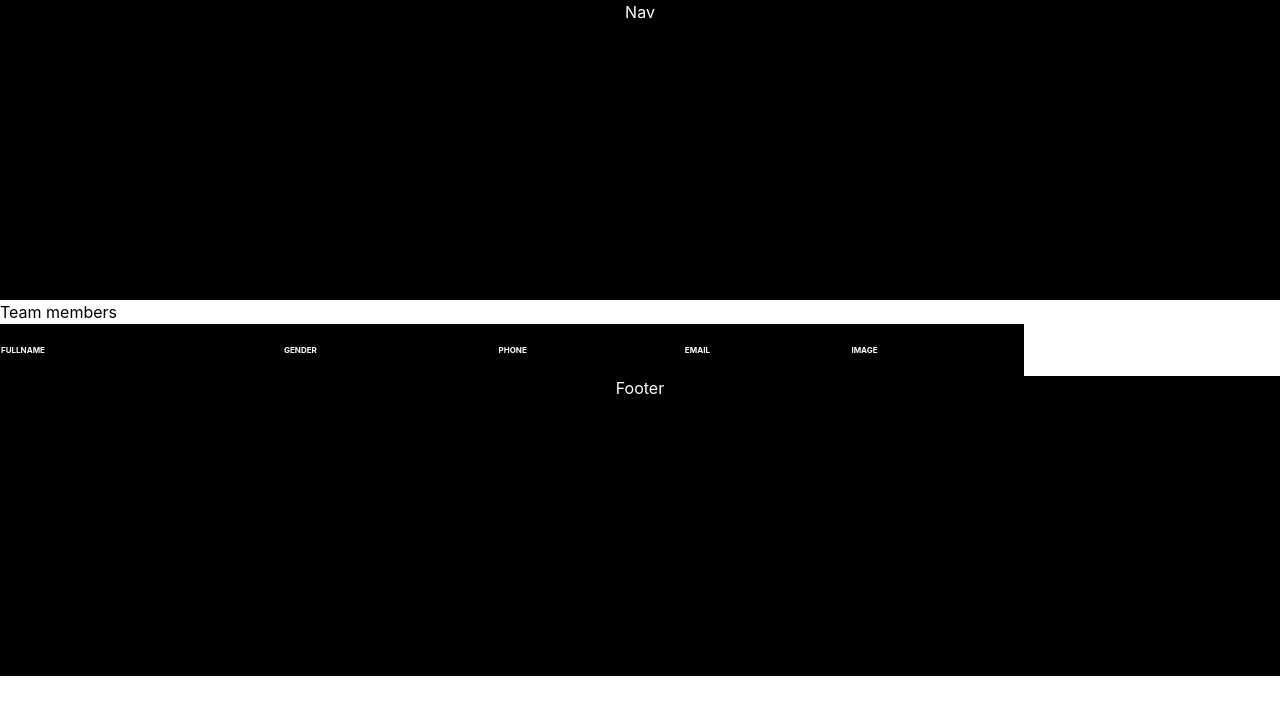
Repository: Eugene44-hub/SHRGroup46-capstone
Page: /members
An editor plug-in stored every save of this project. The page is shown before and after the next save, followed by the edit.
The browser window is 1280 px wide. The pictures show the whole page.
The page's requests for data from a server got no answer. The project was rebuilt for these pictures with package versions that can differ from the ones it lists, and the page was loaded fresh each time. No one was signed in, and anything a server would have sent is missing.

Above is the page before, as saved 2022-05-17 13:21:40.

### src/index.css
    @tailwind base;
    @tailwind components;
    @tailwind utilities;
    body {
        margin: 0;
        font-family: -apple-system, BlinkMacSystemFont, 'Segoe UI', 'Roboto', 'Oxygen', 'Ubuntu', 'Cantarell', 'Fira Sans', 'Droid Sans', 'Helvetica Neue', sans-serif;
        -webkit-font-smoothing: antialiased;
        -moz-osx-font-smoothing: grayscale;
    }

    code {
        font-family: source-code-pro, Menlo, Monaco, Consolas, 'Courier New', monospace;
    }

    .container {
        max-width: 1440px;
        margin: 0 auto;
    }

### src/App.js
import { lazy, Suspense, useEffect, useState } from "react";
import { Route, Routes,BrowserRouter as Router } from "react-router-dom";

//read through comments on each component and pages to understand properly

// only tailwind and css modules are used in this project, any additional libraries should be told to the lead before installation

//Note: you can use normal import statement on the pages. Lazy load is for only Routing pages

// API's too have been fetched in utility folder you can import and use with the syntax below

import { fetchAllData,fetchCompanyQuantity,fetchPersonQuantity,fetchProductQuantity } from "./utilities/apis";
// fetchAllData(input endpoint here to fetch all data).then(data =>console.log(data) )
// fetchPersonQuantity(input quantity here to fetch an amount of data).then(data =>console.log(data) )
// fetchProductQuantity(input quantity here to fetch an amount of data).then(data =>console.log(data) )
// fetchCompanyQuantity(input quantity here to fetch an amount of data).then(data =>console.log(data) )

// endpoints are as follows:
// https://fakerapi.it/api/v1/products?_quantity=1
// https://fakerapi.it/api/v1/companies?_quantity=1
// https://fakerapi.it/api/v1/persons?_quantity=10
// https://fakerapi.it/api/v1/products
// https://fakerapi.it/api/v1/companies
// https://fakerapi.it/api/v1/persons

// check utilities folder for more details on the api functions

// happy coding


const Nav=lazy(()=>import('./components/nav/Nav'));
const Home=lazy(()=>import('./pages/home/Home'));
const Dashboard=lazy(()=>import('./pages/dashboard/Dashboard'))
const Members=lazy(()=>import('./pages/members/Members'))
const Product=lazy(()=>import('./pages/product/Product'))
const Login=lazy(()=>import('./pages/login/Login'))
const Footer=lazy(()=>import('./components/footer/Footer'))



function App() {
  const [members,setMembers]=useState(null)

  useEffect(() => {
    fetchAllData("https://fakerapi.it/api/v1/persons").then(data =>setMembers(data))
  }, [])

  return (
    <div className="App">

<Suspense fallback={<h1>Loading...</h1>}>
  <Nav/>
  <Router>
<Routes>
<Route path="/" element={<Home/>} />
<Route path="/product" element={<Product/>} />
<Route path="/dashboard" element={<Dashboard/>} />
<Route path="/login" element={<Login/>} />
<Route path="/members" element={<Members members={members}/>} />
</Routes>
</Router>
<Footer/>
</Suspense>
    </div>
  );
}

export default App;

### src/utilities/apis.js
//this function takes in the url as an argument in string format

export const fetchAllData = async(url) => {
    const response = await fetch(url);
    const data = await response.json();
    return data;
}

//

// this part take in the quantity as an argument in integer format
export const fetchPersonQuantity = async(quantity) => {
    const response = await fetch(`https://fakerapi.it/api/v1/persons?_quantity=${quantity}`);
    const data = await response.json();
    return data;
}

export const fetchCompanyQuantity = async(quantity) => {

    const response = await fetch(`https://fakerapi.it/api/v1/companies?_quantity=${quantity}`);
    const data = await response.json();
    return data;
}

export const fetchProductQuantity = async(quantity) => {
    const response = await fetch(`https://fakerapi.it/api/v1/products?_quantity=${quantity}`);
    const data = await response.json();
    return data;
}



// https://fakerapi.it/api/v1/products?_quantity=1
// https://fakerapi.it/api/v1/companies?_quantity=1
// https://fakerapi.it/api/v1/persons?_quantity=10

### src/components/nav/Nav.jsx
import React from 'react'
import styles from './Nav.module.css'
const Nav = () => {
  return (
    <nav className={`${styles.nav}`}>
<div>Nav</div>
    </nav>
  )
}

export default Nav

### src/pages/members/Members.jsx
import React from 'react'
//components should be imported from here if needed
// make use of your normal import statement here to import components
// make use of the css module folder or tailwind or you can use inline styles
// check the sample on nav and footer for css modules


const Members = ({members}) => {

console.log(members);
  return (
    <section>
    <div className='container'>
    <header>
      Team members
    </header>
<table className='w-[80%] bg-black text-white'>

    <tr>
      <th className='text-left py-5 text-[.5rem] uppercase'>fullname</th>
      <th className='text-left py-5 text-[.5rem] uppercase'>gender</th>
      <th className='text-left py-5 text-[.5rem] uppercase'>phone</th>
      <th className='text-left py-5 text-[.5rem] uppercase'>email</th>
      <th className='text-left py-5 text-[.5rem] uppercase'>image</th>
    </tr>



  {members&&members.data.map((member,index) => (
      <tr>
      <td className='py-5 text-[.5rem]'>
      {member.firstname} {member.lastname}
      </td>
      <td className='py-5 text-[.5rem] capitalize'>
      {member.gender}
      </td>
      <td className='py-5 text-[.5rem]'>
      {member.phone}
      </td>
      <td className='py-5 text-[.5rem]'>
      {member.email}
      </td>
      <td className='py-5 text-[.5rem]'>
      <img src={member.image} className="w-[50px] h-[50px] rounded-full" alt="" />
      </td>
      </tr>
      ))}


</table>

    </div>

    </section>
  )
}

export default Members

### src/components/footer/Footer.jsx
import React from 'react'
import styles from "./Footer.module.css"
const Footer = () => {
  return (
    <footer className={styles.footer}>Footer</footer>
  )
}

export default Footer

### src/components/nav/Nav.module.css
nav {
    height: 300px;
    background-color: black;
    color: white;
    text-align: center;
}

### src/components/footer/Footer.module.css
footer {
    height: 300px;
    background-color: black;
    color: white;
    text-align: center;
}

Loaded but not shown: public/index.html (common file); src/index.js (common file); tailwind.config.js (common file)

After the next save:
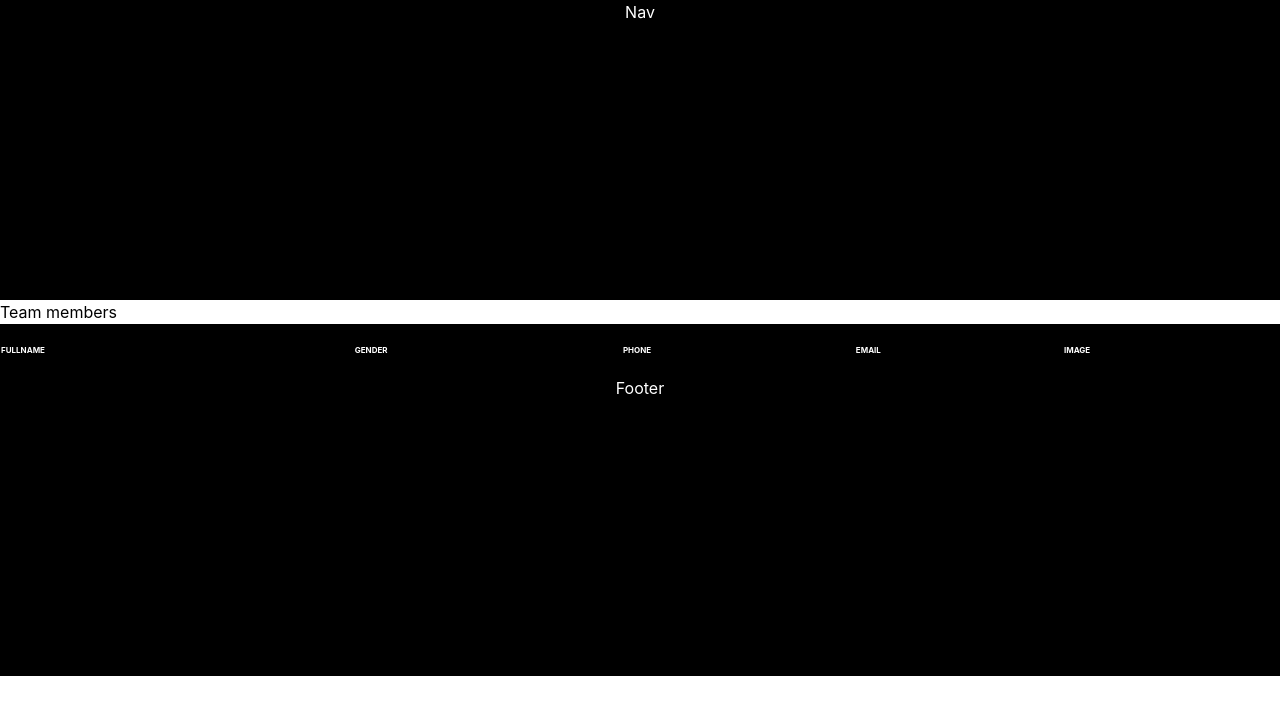
Saved 25 s later.
--- a/src/pages/members/Members.jsx
+++ b/src/pages/members/Members.jsx
@@ -14,7 +14,7 @@ console.log(members);
     <header>
       Team members
     </header>
-<table className='w-[80%] bg-black text-white'>
+<table className='w-full bg-black text-white'>
 
     <tr>
       <th className='text-left py-5 text-[.5rem] uppercase'>fullname</th>
